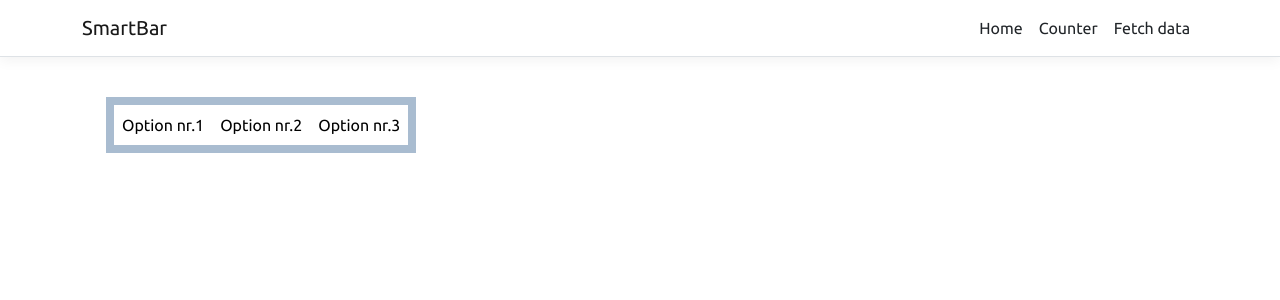
Repository: dropauteriai/SmartBarFrontEnd
Page: /
An editor plug-in stored every save of this project. The page is shown before and after the next save, followed by the edit.
The browser window is 1280 px wide. The pictures show the whole page.
The page's requests for data from a server got no answer. The project was rebuilt for these pictures with package versions that can differ from the ones it lists, and the page was loaded fresh each time. No one was signed in, and anything a server would have sent is missing. Also part of the build but not shown: src/components/Counter.js, src/components/FetchData.js, src/components/Card.js, src/components/SideBar.js.

Above is the page before, as saved 2023-02-14 05:52:31.

### public/index.html
<!DOCTYPE html>
<html lang="en">
  <head>
    <meta charset="utf-8" />
    <meta
      name="viewport"
      content="width=device-width, initial-scale=1, shrink-to-fit=no"
    />
    <meta name="theme-color" content="#000000" />
    <base href="%PUBLIC_URL%/" />
    <!--
      manifest.json provides metadata used when your web app is added to the
      homescreen on Android. See https://developers.google.com/web/fundamentals/engage-and-retain/web-app-manifest/
    -->
    <link rel="manifest" href="%PUBLIC_URL%/manifest.json" />
    <link rel="shortcut icon" href="%PUBLIC_URL%/favicon.ico" />
    <link
      href="https://fonts.googleapis.com/css2?family=Ubuntu:ital,wght@0,300;0,400;0,500;0,700;1,300;1,400;1,500;1,700&display=swap"
      rel="stylesheet"
    />

    <!--
      Notice the use of %PUBLIC_URL% in the tags above.
      It will be replaced with the URL of the `public` folder during the build.
      Only files inside the `public` folder can be referenced from the HTML.

      Unlike "/favicon.ico" or "favicon.ico", "%PUBLIC_URL%/favicon.ico" will
      work correctly both with client-side routing and a non-root public URL.
      Learn how to configure a non-root public URL by running `npm run build`.
    -->
    <link
      rel="stylesheet"
      href="https://cdnjs.cloudflare.com/ajax/libs/font-awesome/6.2.1/css/all.min.css"
      integrity="sha512-MV7K8+y+gLIBoVD59lQIYicR65iaqukzvf/nwasF0nqhPay5w/9lJmVM2hMDcnK1OnMGCdVK+iQrJ7lzPJQd1w=="
      crossorigin="anonymous"
      referrerpolicy="no-referrer"
    />
    <title>SmartBar</title>
  </head>
  <body>
    <noscript> You need to enable JavaScript to run this app. </noscript>
    <div id="root"></div>
    <!--
      This HTML file is a template.
      If you open it directly in the browser, you will see an empty page.

      You can add webfonts, meta tags, or analytics to this file.
      The build step will place the bundled scripts into the <body> tag.

      To begin the development, run `npm start` or `yarn start`.
      To create a production bundle, use `npm run build` or `yarn build`.
    -->
  </body>
</html>

### src/index.js
import 'bootstrap/dist/css/bootstrap.css';
import React from 'react';
import { createRoot } from 'react-dom/client';
import { BrowserRouter } from 'react-router-dom';
import App from './App';
//import * as serviceWorkerRegistration from './serviceWorkerRegistration';
import reportWebVitals from './reportWebVitals';

const baseUrl = document.getElementsByTagName('base')[0].getAttribute('href');
const rootElement = document.getElementById('root');
const root = createRoot(rootElement);

root.render(
  <BrowserRouter basename={baseUrl}>
    <App />
  </BrowserRouter>);

// If you want your app to work offline and load faster, you can change
// unregister() to register() below. Note this comes with some pitfalls.
// Learn more about service workers: https://cra.link/PWA
//serviceWorkerRegistration.unregister();

// If you want to start measuring performance in your app, pass a function
// to log results (for example: reportWebVitals(console.log))
// or send to an analytics endpoint. Learn more: https://bit.ly/CRA-vitals
reportWebVitals();

### src/App.js
import React, { Component } from 'react';
import { Route, Routes } from 'react-router-dom';
import AppRoutes from './AppRoutes';
import { Layout } from './components/Layout';
import './custom.css';
import './css/bootstrap.css';

export default class App extends Component {
  static displayName = App.name;

  render() {
    return (
      <Layout>
        <Routes>
          {AppRoutes.map((route, index) => {
            const { element, ...rest } = route;
            return <Route key={index} {...rest} element={element} />;
          })}
        </Routes>
      </Layout>
    );
  }
}

### src/custom.css
/* Provide sufficient contrast against white background */
* {
  font-family: "Ubuntu", sans-serif;
}

### src/components/Home.js
import React, { Component } from "react";
import { Container, Col } from "react-bootstrap";
import Card from "./Card.js";
import SideBar from "./SideBar.js";
import Row from "react-bootstrap/Row";
import Popup from "./Popup.js";

export class Home extends Component {
  static displayName = Home.name;

  constructor(props) {
    super(props);
    this.state = { tables: [], loading: true };
  }

  componentDidMount() {
    this.populateTableData();
  }

  static renderTableList(tables) {
    return (
      <Row xs={1} md={2}>
        {tables.map((table, index, tables) => {
          <Card name={table.name} id={table.id} />;
        })}
      </Row>
    );
  }
  render() {
    // let contents = this.state.loading ? (
    //   <p>
    //     <em>Loading...</em>
    //   </p>
    // ) : (
    //   (contents = this.renderTableList(this.state.tables))
    // );
    let contents;
    if (this.state.loading) {
      contents = (
        <p>
          <em>Loading...</em>
        </p>
      );
    } else {
      contents = Home.renderTableList(this.state.tables);
      console.log(contents);
    }

    return (
      <div className="row p-4">
        {this.state.tables.map((table, index) => (
          <Card name={table.name} />
        ))}
        <Popup/>
      </div>
    );
  }

  async populateTableData() {
    const response = await fetch("https://localhost:5001/Table");
    const data = await response.json();
    this.setState({ tables: data, loading: false });
  }
}

### src/components/NavMenu.js
import React, { Component } from 'react';
import { Collapse, Navbar, NavbarBrand, NavbarToggler, NavItem, NavLink } from 'reactstrap';
import { Link } from 'react-router-dom';
import './NavMenu.css';

export class NavMenu extends Component {
  static displayName = NavMenu.name;

  constructor (props) {
    super(props);

    this.toggleNavbar = this.toggleNavbar.bind(this);
    this.state = {
      collapsed: true
    };
  }

  toggleNavbar () {
    this.setState({
      collapsed: !this.state.collapsed
    });
  }

  render() {
    return (
      <header>
        <Navbar className="navbar-expand-sm navbar-toggleable-sm ng-white border-bottom box-shadow mb-3" container light>
          <NavbarBrand tag={Link} to="/">SmartBar</NavbarBrand>
          <NavbarToggler onClick={this.toggleNavbar} className="mr-2" />
          <Collapse className="d-sm-inline-flex flex-sm-row-reverse" isOpen={!this.state.collapsed} navbar>
            <ul className="navbar-nav flex-grow">
              <NavItem>
                <NavLink tag={Link} className="text-dark" to="/">Home</NavLink>
              </NavItem>
              <NavItem>
                <NavLink tag={Link} className="text-dark" to="/counter">Counter</NavLink>
              </NavItem>
              <NavItem>
                <NavLink tag={Link} className="text-dark" to="/fetch-data">Fetch data</NavLink>
              </NavItem>
            </ul>
          </Collapse>
        </Navbar>
      </header>
    );
  }
}

### src/components/Popup.js
import React from 'react';

export default function Popup () {
    return (
        <div className="d-inline-flex">
        <div className="p-2 align-items-center justify-content-center bg-primary">
            <button className="p-2 border-0 align-items-center justify-content-center bg-white">Option nr.1</button>
            <button className="p-2 border-0 align-items-center justify-content-center bg-white">Option nr.2</button>
            <button className="p-2 border-0 align-items-center justify-content-center bg-white">Option nr.3</button>
        </div>
        </div>
    );
}

Loaded but not shown: src/reportWebVitals.js (common file); src/AppRoutes.js (common file); src/components/Layout.js (common file); src/css/bootstrap.css (library); src/components/NavMenu.css (common file)

After the next save:
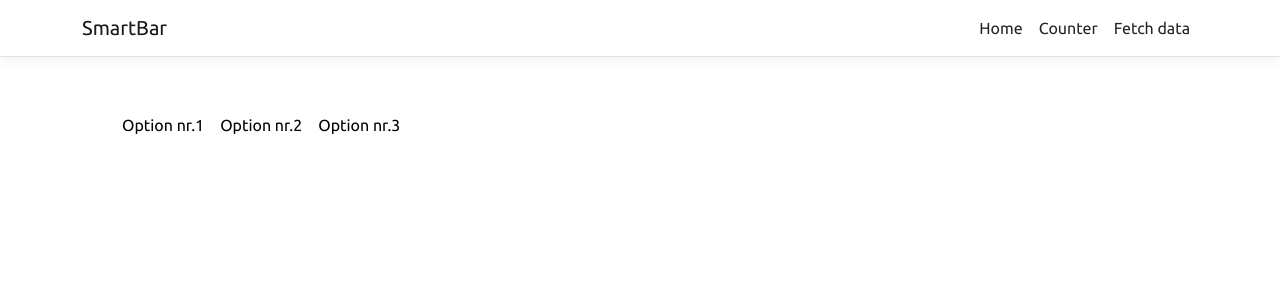
Saved 14 s later.
--- a/src/components/Popup.js
+++ b/src/components/Popup.js
@@ -1,13 +1,19 @@
-import React from 'react';
+import React from "react";
 
-export default function Popup () {
-    return (
-        <div className="d-inline-flex">
-        <div className="p-2 align-items-center justify-content-center bg-primary">
-            <button className="p-2 border-0 align-items-center justify-content-center bg-white">Option nr.1</button>
-            <button className="p-2 border-0 align-items-center justify-content-center bg-white">Option nr.2</button>
-            <button className="p-2 border-0 align-items-center justify-content-center bg-white">Option nr.3</button>
-        </div>
-        </div>
-    );
+export default function Popup() {
+  return (
+    <div className="d-inline-flex">
+      <div className="p-2 align-items-center justify-content-center">
+        <button className="p-2 border-0 align-items-center justify-content-center bg-white">
+          Option nr.1
+        </button>
+        <button className="p-2 border-0 align-items-center justify-content-center bg-white">
+          Option nr.2
+        </button>
+        <button className="p-2 border-0 align-items-center justify-content-center bg-white">
+          Option nr.3
+        </button>
+      </div>
+    </div>
+  );
 }
